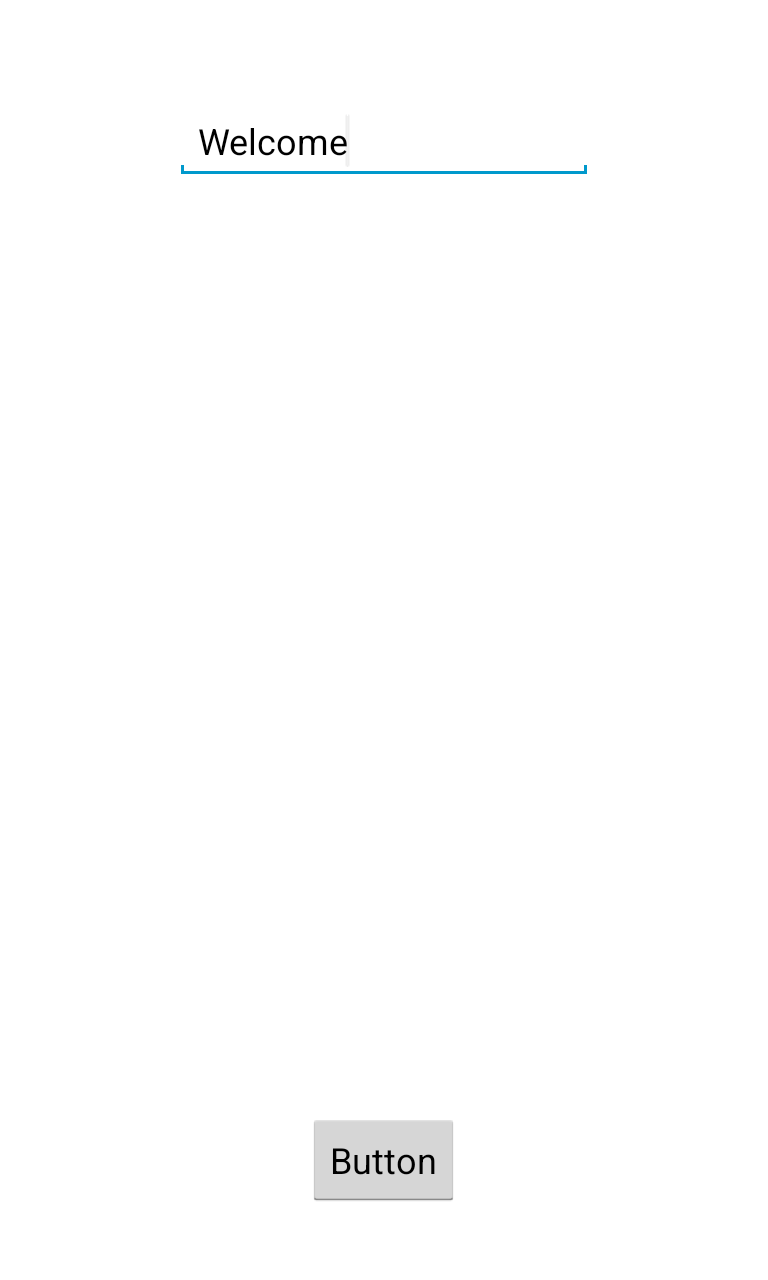
Repository: ujwalp15/Workshop_Apps
Layout: Pandora/Friction/res/layout/activity_main.xml
The author's editor kept a copy of each file at every save. The layout is drawn from the files as they stood at one save, then again after the next save.
It is drawn on a 768 x 1280 px phone screen (xhdpi) without system bars, with theme AppTheme; the app's code is not run.

Above is the layout before, as saved 2016-02-18 08:43:10.

### Pandora/Friction/res/layout/activity_main.xml
<RelativeLayout xmlns:android="http://schemas.android.com/apk/res/android"
    xmlns:tools="http://schemas.android.com/tools"
    android:layout_width="match_parent"
    android:layout_height="match_parent"
    tools:context=".MainActivity" >

    <Button
        android:id="@+id/button1"
        android:layout_width="wrap_content"
        android:layout_height="wrap_content"
        android:layout_alignParentBottom="true"
        android:layout_centerHorizontal="true"
        android:layout_marginBottom="36dp"
        android:text="Button" />

    <EditText
        android:id="@+id/editText1"
        android:layout_width="wrap_content"
        android:layout_height="wrap_content"
        android:layout_alignParentTop="true"
        android:layout_centerHorizontal="true"
        android:layout_marginTop="51dp"
        android:ems="10"
        android:text="Welcome" >

        <requestFocus />
    </EditText>

</RelativeLayout>

Loaded but not shown: Pandora/Friction/res/values/styles.xml (common file); Pandora/Friction/res/values-v11/styles.xml (common file); Pandora/Friction/res/values-v14/styles.xml (common file)

After the next save:
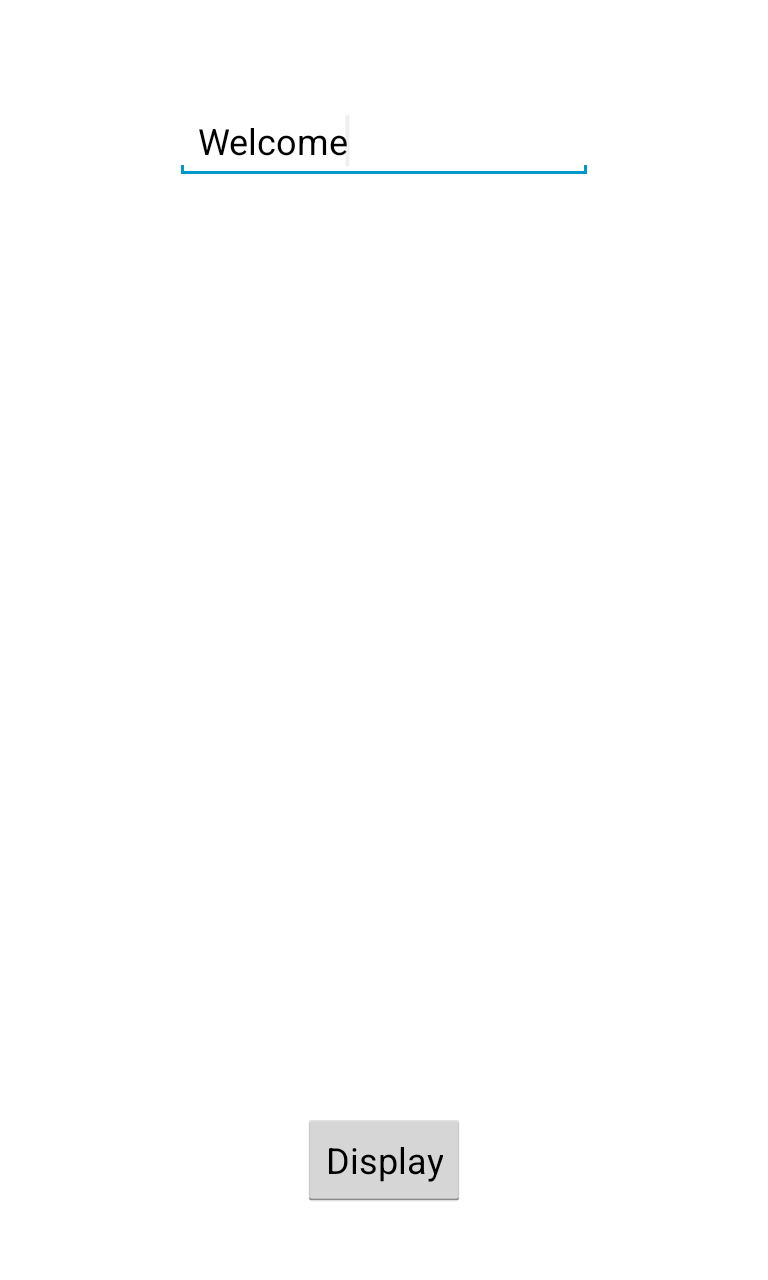
Saved 28 min 11 s later.
--- a/Pandora/Friction/res/layout/activity_main.xml
+++ b/Pandora/Friction/res/layout/activity_main.xml
@@ -11,7 +11,7 @@
         android:layout_alignParentBottom="true"
         android:layout_centerHorizontal="true"
         android:layout_marginBottom="36dp"
-        android:text="Button" />
+        android:text="Display" />
 
     <EditText
         android:id="@+id/editText1"
